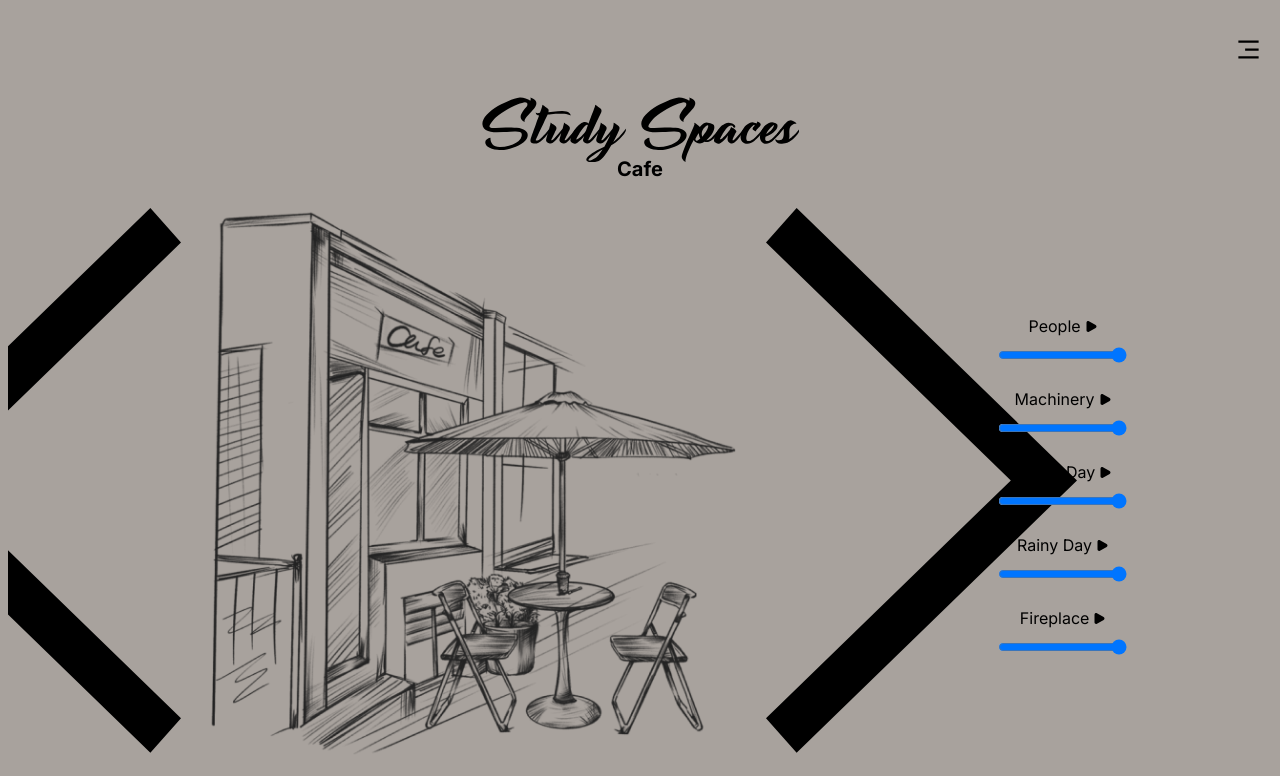
Repository: kaitlynlie/studyspaces
Page: / (app in studyspaces/)
These files come from the project's save history. The page is drawn as it stood at one moment and after the next save; the edit follows.
The browser window is 1280 px wide. The pictures show the whole page.
The project was rebuilt for these pictures with package versions that can differ from the ones it lists, and the page was loaded fresh each time. Also part of the build but not shown: studyspaces/vite.config.ts. Imported but missing from the stored project, and not drawn on this page: studyspaces/src/audio/fireplace.wav, studyspaces/src/audio/people.wav, studyspaces/src/audio/rain.wav, studyspaces/src/audio/softmachinery.mp3, studyspaces/src/audio/sun.wav.

Above is the page before, as saved 2023-09-28 23:58:00.

### studyspaces/index.html
<!DOCTYPE html>
<html lang="en">
  <head>
    <meta charset="UTF-8" />
    <link rel="icon" type="image/svg+xml" href="/vite.svg" />
    <meta name="viewport" content="width=device-width, initial-scale=1.0" />
    <title>Study Spaces</title>
  </head>
  <body>
    <div id="root"></div>
    <script type="module" src="/src/main.tsx"></script>
  </body>
</html>

### studyspaces/src/main.tsx
import React from 'react'
import ReactDOM from 'react-dom/client'
import App from './App'
import './index.scss'
import { BrowserRouter } from 'react-router-dom'

ReactDOM.createRoot(document.getElementById('root')!).render(
  <BrowserRouter>
    <App />
  </BrowserRouter>,
)

### studyspaces/src/App.tsx
import clsx from "clsx";
import { Route, Routes } from 'react-router-dom'
import React from "react";
import { Home } from "./pages/Home";
import { Navbar } from "./pages";

function App() {
  return (
    <>
      <div className={clsx("app", "w-full overflow-hidden")}>
          {/* <img
            src={tracks}
            alt='tracks'
            className={clsx(styles.tracks)}
          />  */}
        <Navbar />
        <Routes>
          <Route index path="/" element={<Home />} />
          {/* <Route path="about" element={<About />} />
          <Route path="membership" element={<Membership />} />
          <Route path="faq" element={<FAQ />} />
          <Route path="blog" element={<Blog />} />
          <Route path="careers" element={<Careers />} />
          <Route path='blog2' element={<Blog2 />} /> */}
      </Routes>
      </div>
    </>
  )
  }

export default App;

### studyspaces/src/index.scss
@import url("https://fonts.googleapis.com/css2?family=Inter:wght@400;500;600;700;800;900&display=swap");
// @import "./style/globals/general.scss";

@tailwind base;
@tailwind components;
@tailwind utilities;

:root {
  font-family: Inter;
  overflow-x: hidden;
}

@keyframes jump {
  0%, 100% {
    transform: translateY(0);
  }
  50% {
    transform: translateY(-20px);
  }
}

.jumping-word {
  display: inline-block;
  animation: jump 1s infinite;
}

### studyspaces/src/pages/Home.tsx
import styles from "./home.module.scss";
import clsx from "clsx";
import { title, coffee, leftarrow, rightarrow, play, pause } from "../assets";
import React, { ChangeEvent, useState, useRef } from 'react';
import { people, machinery, sunny, rainy, fire } from "../audio";
import { Navbar } from ".";
import { Link } from 'react-router-dom'
import { RiMenu3Line, RiCloseLine } from 'react-icons/ri';

export function Home() {
  const [sliderValues, setSliderValues] = useState({
    peopleVolumeSlider: 1,
    machVolumeSlider: 1,
    sunnyVolumeSlider: 1,
    rainyVolumeSlider: 1,
    fireVolumeSlider: 1,
  });

  const handleSliderChange = (event: ChangeEvent<HTMLInputElement>) => {
    const { id, value } = event.target;
    setSliderValues((prevValues) => ({
      ...prevValues,
      [id]: parseFloat(value),
    }));
  };

  const [isPlaying, setIsPlaying] = useState<AudioState>({});

  interface AudioState {
    [key: string]: boolean;
  }

  const handlePlayButtonClick = (audioId: string) => {
    setIsPlaying((prevState) => ({
      ...prevState,
      [audioId]: !prevState[audioId] || !prevState[audioId],
    }));
  };

  const [toggleMenu, setToggleMenu] = useState(false);
  const [nav, setNav] = useState(false);

  const openNav = () => {
    setNav(!nav);
  };

  return (
    <div className={clsx(styles.body)}>
        <section className={clsx(styles.home)}>
          <div className={clsx(styles.header)}>
            <div className={clsx(styles.studyspaces)}>
              <img src={title} className={clsx(styles.title)}/>
            </div>
          </div>
            <h4>Cafe</h4>
            <div className={clsx(styles.content)}>
              <div className={clsx(styles.hero)}>
                <img id="leftArrow" src={leftarrow} />
                <img src={coffee} className={clsx(styles.coffee)} />
                <img id="rightArrow" src={rightarrow} />
              </div>

              <div className={clsx(styles.audiolist)}>
                <div className={clsx(styles.audio)}>
                  <div className={clsx(styles.title)}>
                    <p>People</p>
                    <img
                      src={play}
                      width="11"
                      height="11"
                      id="peoplePlayButton"
                      onClick={() => handlePlayButtonClick("peopleAudioPlayer")}                    />
                  </div>
                  <audio id="peopleAudioPlayer">
                    <source src={people} type="audio/wav" />
                  </audio>
                  <input
                    type="range"
                    id="peopleVolumeSlider"
                    min={0}
                    max={1}
                    step={0.1}
                    value={sliderValues.peopleVolumeSlider}
                    onChange={handleSliderChange}
                  />
                </div>

                <div className={clsx(styles.audio)}>
                  <div className={clsx(styles.title)}>
                    <p>Machinery</p>
                    <img
                      src={play}
                      width="11"
                      height="11"
                      id="machPlayButton"
                      onClick={() => handlePlayButtonClick("machAudioPlayer")}
                    />
                  </div>
                  <audio id="machAudioPlayer">
                    <source src={machinery} type="audio/mp3" />
                  </audio>
                  <input
                    type="range"
                    id="machVolumeSlider"
                    min={0}
                    max={1}
                    step={0.1}
                    value={sliderValues.machVolumeSlider}
                    onChange={handleSliderChange}
                  />
                </div>

                <div className={clsx(styles.audio)}>
                  <div className={clsx(styles.title)}>
                    <p>Sunny Day</p>
                    <img
                      src={play}
                      width="11"
                      height="11"
                      id="sunnyPlayButton"
                      onClick={() => handlePlayButtonClick("sunnyAudioPlayer")}
                    />
                  </div>
                  <audio id="sunnyAudioPlayer">
                    <source src={sunny} type="audio/wav" />
                  </audio>
                  <input
                    type="range"
                    id="sunnyVolumeSlider"
                    min={0}
                    max={1}
                    step={0.1}
                    value={sliderValues.sunnyVolumeSlider}
                    onChange={handleSliderChange}
                  />
                </div>

                <div className={clsx(styles.audio)}>
                  <div className={clsx(styles.title)}>
                    <p>Rainy Day</p>
                    <img
                      src={play}
                      width="11"
                      height="11"
                      id="rainyPlayButton"
                      onClick={() => handlePlayButtonClick("rainyAudioPlayer")}
                    />
                  </div>
                  <audio id="rainyAudioPlayer">
                    <source src={rainy} type="audio/wav" />
                  </audio>
                  <input
                    type="range"
                    id="rainyVolumeSlider"
                    min={0}
                    max={1}
                    step={0.1}
                    value={sliderValues.rainyVolumeSlider}
                    onChange={handleSliderChange}
                  />
                </div>

                <div className={clsx(styles.audio)}>
                  <div className={clsx(styles.title)}>
                    <p>Fireplace</p>
                    <img
                      src={play}
                      width="11"
                      height="11"
                      id="firePlayButton"
                      onClick={() => handlePlayButtonClick("fireAudioPlayer")}
                    />
                  </div>
                  <audio id="fireAudioPlayer">
                    <source src={fire} type="audio/wav" />
                  </audio>
                  <input
                    type="range"
                    id="fireVolumeSlider"
                    min={0}
                    max={1}
                    step={0.1}
                    value={sliderValues.fireVolumeSlider}
                    onChange={handleSliderChange}
                  />
                </div>
              </div>
            </div>
        </section>
    </div>
  );
}

### studyspaces/src/pages/index.ts
import Navbar from "./Navbar";

export {
    Navbar
}

### studyspaces/src/assets/index.ts
import title from './title.svg'
import coffee from './coffee.png'
import leftarrow from './leftarrow.svg'
import rightarrow from './rightarrow.svg'
import play from './play.svg'
import pause from './pause.svg'

export {
    title,
    coffee,
    leftarrow,
    rightarrow,
    play,
    pause
}

### studyspaces/src/audio/index.ts
import people from './people.wav'
import machinery from './softmachinery.mp3'
import sunny from './sun.wav'
import rainy from './rain.wav'
import fire from './fireplace.wav'

export {
    people,
    machinery,
    sunny,
    rainy,
    fire
}

### studyspaces/src/pages/Navbar.tsx
import React from 'react'
import styles from './Navbar.module.scss'
import clsx from 'clsx'
import { title } from '../assets'
import { Link } from 'react-router-dom'
import { useState } from 'react'
import { RiMenu3Line, RiCloseLine } from 'react-icons/ri';

const Navbar = () => {
  const [toggleMenu, setToggleMenu] = useState(false);
  const [nav, setNav] = useState(false);

  const openNav = () => {
    setNav(!nav);
  };

  return (
    <nav className={clsx(styles.navbar)}>
    <div className={clsx(styles.toggle)}>
        {toggleMenu
          ? <RiCloseLine color="#000" size={27} onClick={() => setToggleMenu(false)} />
          : <RiMenu3Line color="#000" size={27} onClick={() => setToggleMenu(true)} />}
        {toggleMenu && (
        <div className={clsx(styles.box)}>
          <div className="none">
            <ul className={clsx(styles.dropdown)}>
            <Link onClick={openNav} to='/'><li><a>Home</a></li></Link>
            <Link onClick={openNav} to='/about'><li><a>About</a></li></Link>
            <Link onClick={openNav} to='/membership'><li><a>Todo</a></li></Link>
            <Link onClick={openNav} to='/faq'><li><a>Timer</a></li></Link>
            </ul>
          </div>
        </div>
        )}
        </div>
  </nav>
  )
}

export default Navbar

### studyspaces/src/pages/Navbar.module.scss
nav.navbar {
  margin-top: 36px;
  display: flex;
  flex-direction: row;
  align-items: center;
  justify-content: flex-end;
  .toggle {
      color: black;
      z-index: 10;
      margin-right: 10px;
      .dropdown {
          margin-top: 1rem;
          display: flex;
          justify-content: flex-end;
          align-items: flex-end;
          text-align: flex-end;
          background-color: rgba(255, 255, 255, 0.918);
          position: absolute;
          top: 50px;
          right: 10px;
          border-radius: 5px;
          z-index: 10;
          ul {
              display: flex;
              justify-content: flex-end;
              align-items: flex-end;
              flex-direction: column;
              color: black;
              text-align: end;
              padding: 1rem 2rem;
              a {
                  color: black;
                  z-index: 11;
                  align-self: flex-end;
                  margin-right: auto;
              }
          }
      }
  }
}

Loaded but not shown: studyspaces/src/pages/home.module.scss (267 lines, source omitted)

After the next save:
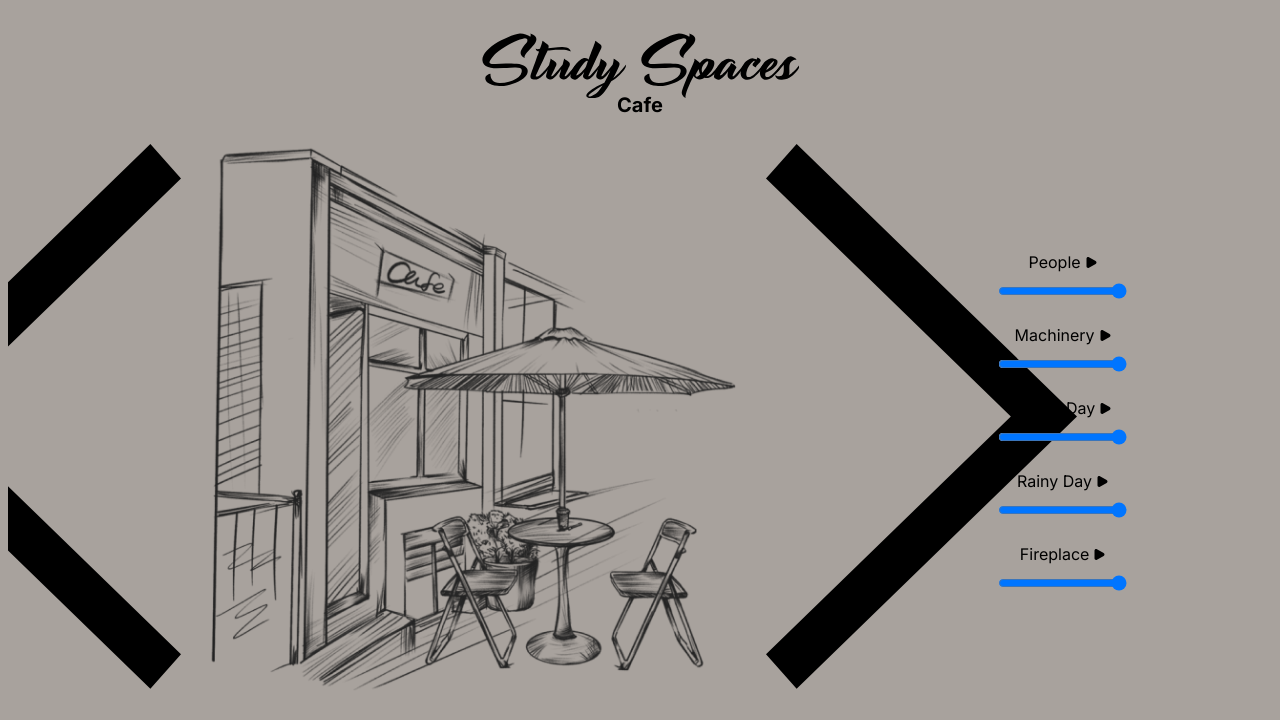
Saved 11 s later.
--- a/studyspaces/src/pages/Navbar.module.scss
+++ b/studyspaces/src/pages/Navbar.module.scss
@@ -1,5 +1,5 @@
 nav.navbar {
-  margin-top: 36px;
+  margin-top: -36px;
   display: flex;
   flex-direction: row;
   align-items: center;

After the save that followed:
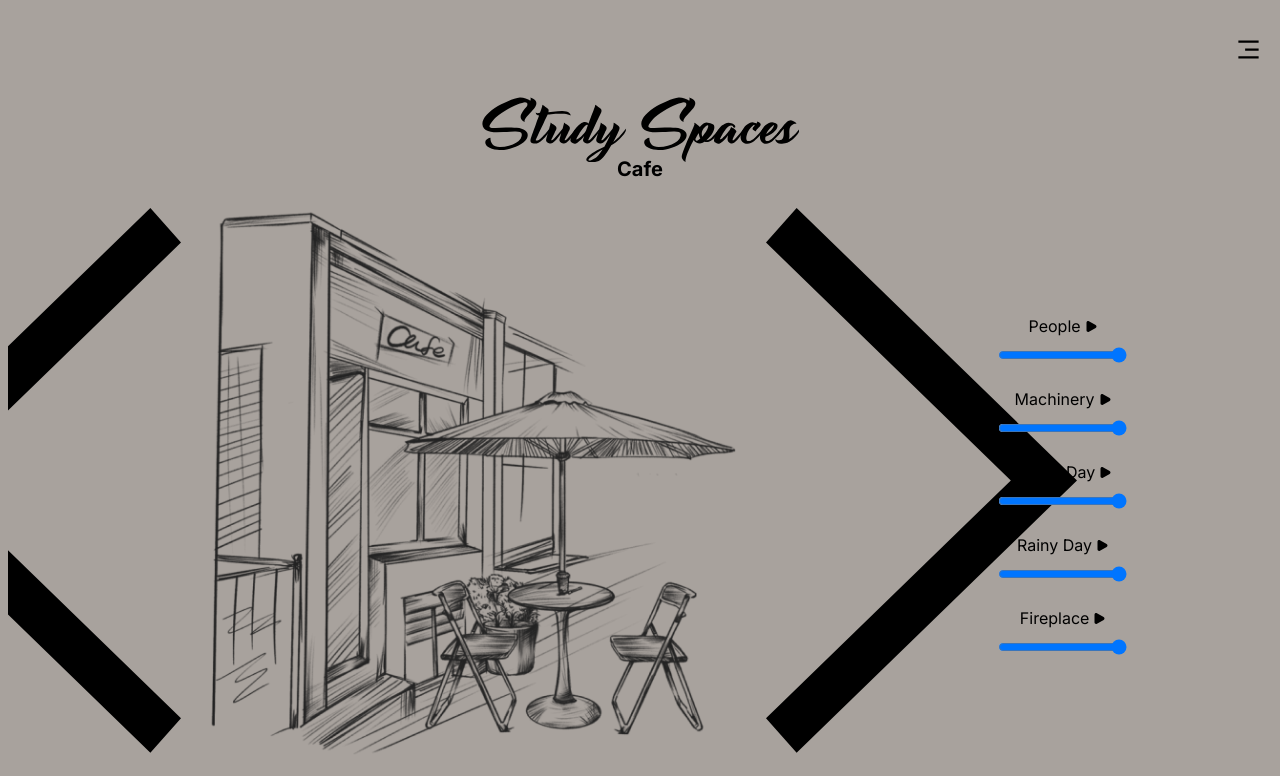
Saved 7 s later.
--- a/studyspaces/src/pages/Navbar.module.scss
+++ b/studyspaces/src/pages/Navbar.module.scss
@@ -1,5 +1,5 @@
 nav.navbar {
-  margin-top: -36px;
+  margin-top: 36px;
   display: flex;
   flex-direction: row;
   align-items: center;
